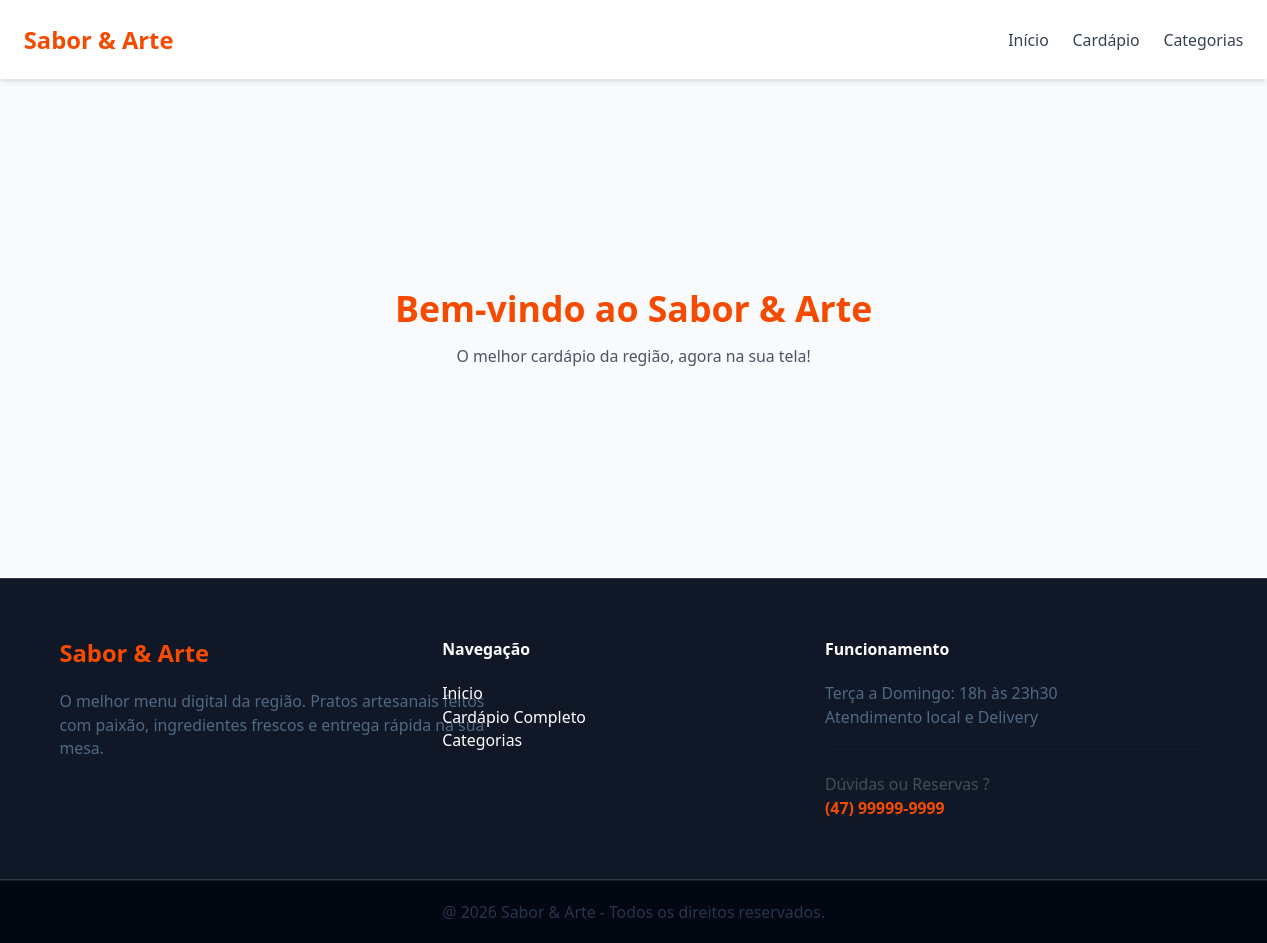
Repository: DiegoWWeege/pair-programming-next-js
Page: / (app in next-js-project/)
The author's editor kept a copy of each file at every save. The page is drawn from the files as they stood at one save, then again after a run of saves.
The browser window is 1280 px wide. The pictures show the whole page, at 99% of full size.
The project was rebuilt for these pictures with package versions that can differ from the ones it lists, and the page was loaded fresh each time. The framework's server and built-in components were replaced by stand-ins that run in the browser. Also part of the build but not shown: next-js-project/next.config.ts.

Above is the page before, as saved 2026-09-18 19:03:51.

### next-js-project/src/app/layout.tsx
import type { Metadata } from "next";
import "./globals.css";
import {Inter, Montserrat} from "next/font/google"
import NavBar from "@/components/NavBar";
import Footer from "@/components/Footer";

const inter = Inter({subsets: ["latin"], variable : "--font-inter"});

const montserrat = Montserrat({ subsets: ["latin"], variable: "--font-montserrat"})

export const metadata: Metadata = {
  title: "Menu Digital - Restaurante",
  description: "Desenvolvido por Diego e Cherpinski",
};

export default function RootLayout({ children }: LayoutProps<"/">) {
  return (
    <html
      lang="pt-br"
    >
      <body className="bg-gray-50 antialiased">
        <NavBar></NavBar>
        {children}
        <Footer/>

      </body>
    </html>
  );
}

### next-js-project/src/app/page.tsx
import Image from "next/image";
import Footer from "../components/Footer";
import NavBar from "@/components/NavBar";

export default function Home() {
  return (
    <div>
      <main className="flex flex-col items-center justify-center min-h-[70vh]">
        <h1 className="text-4xl font-bold text-orange-600 ">Bem-vindo ao Sabor & Arte</h1>
        <p className="mt-4 text-gray-600">O melhor cardápio da região, agora na sua tela!</p>
      </main>
    </div>
  );
}

### next-js-project/src/components/NavBar.tsx
import Link from "next/link";


export default function NavBar(){

    return (
        <nav className="flex items-center justify-between p-6 bg-white shadow-md">
            <h2 className="text-2xl font-bold text-orange-600">Sabor & Arte</h2>

            <div className="flex gap-6">
                <Link href= "/" className="text-gray-700 hover:text-orange-600 font-medium">Início</Link>

                <Link href= "/cardapio" className="text-gray-700 hover:text-orange-600 font-medium">Cardápio</Link>

                <Link href= "/categorias" className="text-gray-700 hover:text-orange-600 font-medium">Categorias</Link>
            </div>

        </nav>
    );
}

### next-js-project/src/components/Footer.tsx
import Link from "next/link"

export default function Footer(){

    return(

        <footer>
           <div className="grid grid-cols-3 bg-[#101828] p-15">
                <div>
                    <h2 className="font-bold text-orange-600 text-2xl mb-5 ">
                        Sabor & Arte
                    </h2>

                    <p className="w-110 mb-5 w-60 text-[#506982]">
                        O melhor menu digital da região. Pratos artesanais feitos com
                        paixão, ingredientes frescos e entrega rápida na sua mesa.
                    </p>
                </div>

                <div>
                    <h3 className = "text-white font-bold mb-5">
                        Navegação
                    </h3>

                    <Link className = "block text-white" href="/">Inicio</Link>
                    <Link className = "block text-white" href="/cardapio">Cardápio Completo</Link>
                    <Link className = "block text-white" href="/categorias">Categorias</Link>
                </div>

                <div>
                    <h3 className="text-white font-bold mb-5">
                        Funcionamento
                    </h3>

                    <p className="mb-5 w-60 text-[#506982]">
                        Terça a Domingo: 18h às 23h30
                        Atendimento local e Delivery
                    </p>

                    <hr className="border-[#151E2E] h-1"/>

                    <p className="mt-5 text-[#444E56]">
                        Dúvidas ou Reservas ?
                    </p>

                    <strong className="text-orange-600">
                        (47) 99999-9999
                    </strong>
                </div>

           </div>

            <hr className="border-[#151E2E] "/>

           <div className = "flex items-center justify-center p-5 bg-[#030712]">
                    <p className="text-[#25374E]">
                        @ 2026 Sabor & Arte - Todos os direitos reservados.
                    </p>
            </div>
        </footer>
    )

}

Loaded but not shown: next-js-project/src/app/globals.css (common file)

After the next 3 saves:
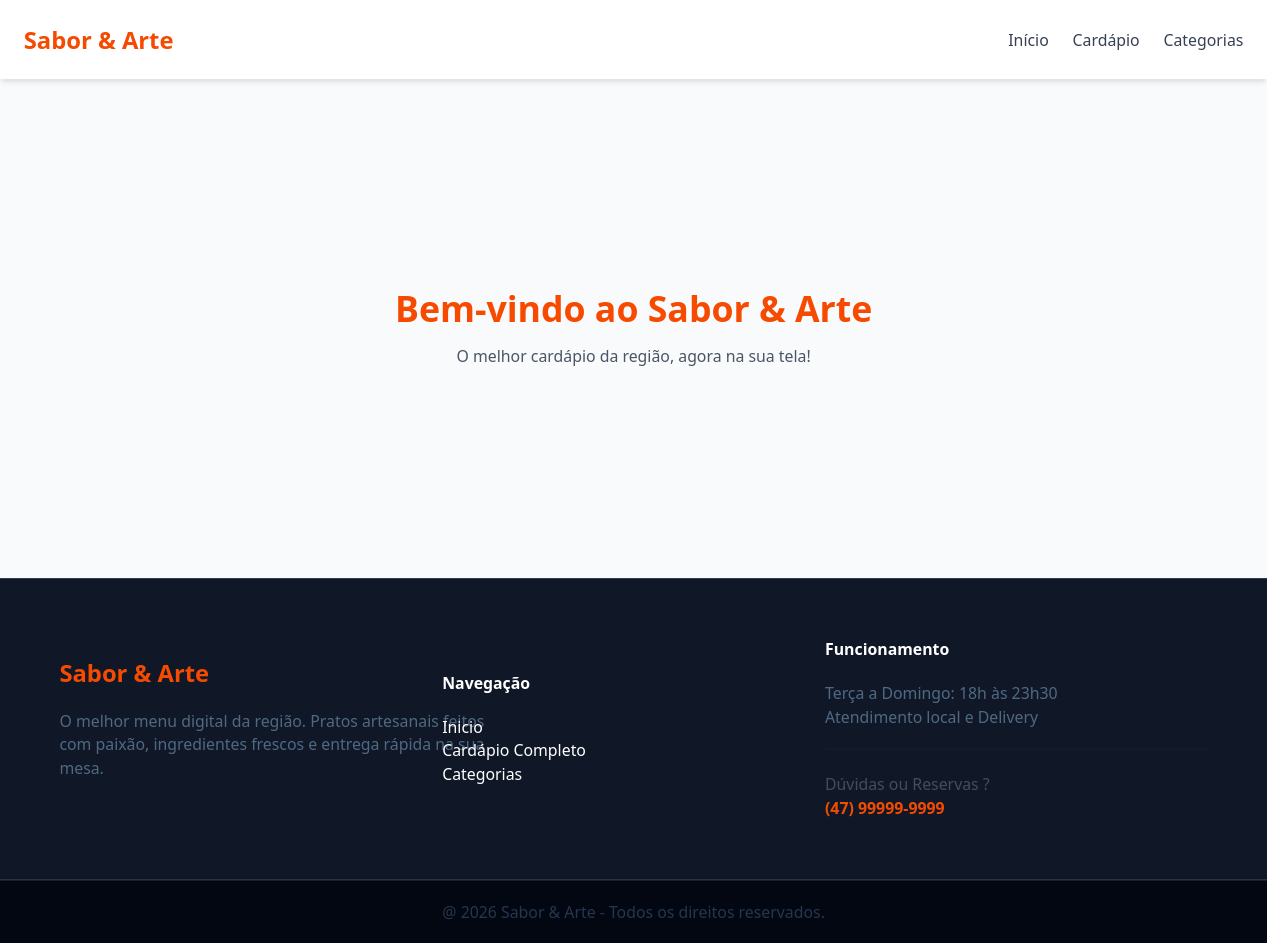
The 3 saves are shown as one change because they came seconds apart.
The last was saved 16 s later.
--- a/next-js-project/src/components/Footer.tsx
+++ b/next-js-project/src/components/Footer.tsx
@@ -5,7 +5,7 @@ export default function Footer(){
     return(
 
         <footer>
-           <div className="grid grid-cols-3 bg-[#101828] p-15">
+           <div className="grid grid-cols-3 items-center bg-[#101828] p-15">
                 <div>
                     <h2 className="font-bold text-orange-600 text-2xl mb-5 ">
                         Sabor & Arte
